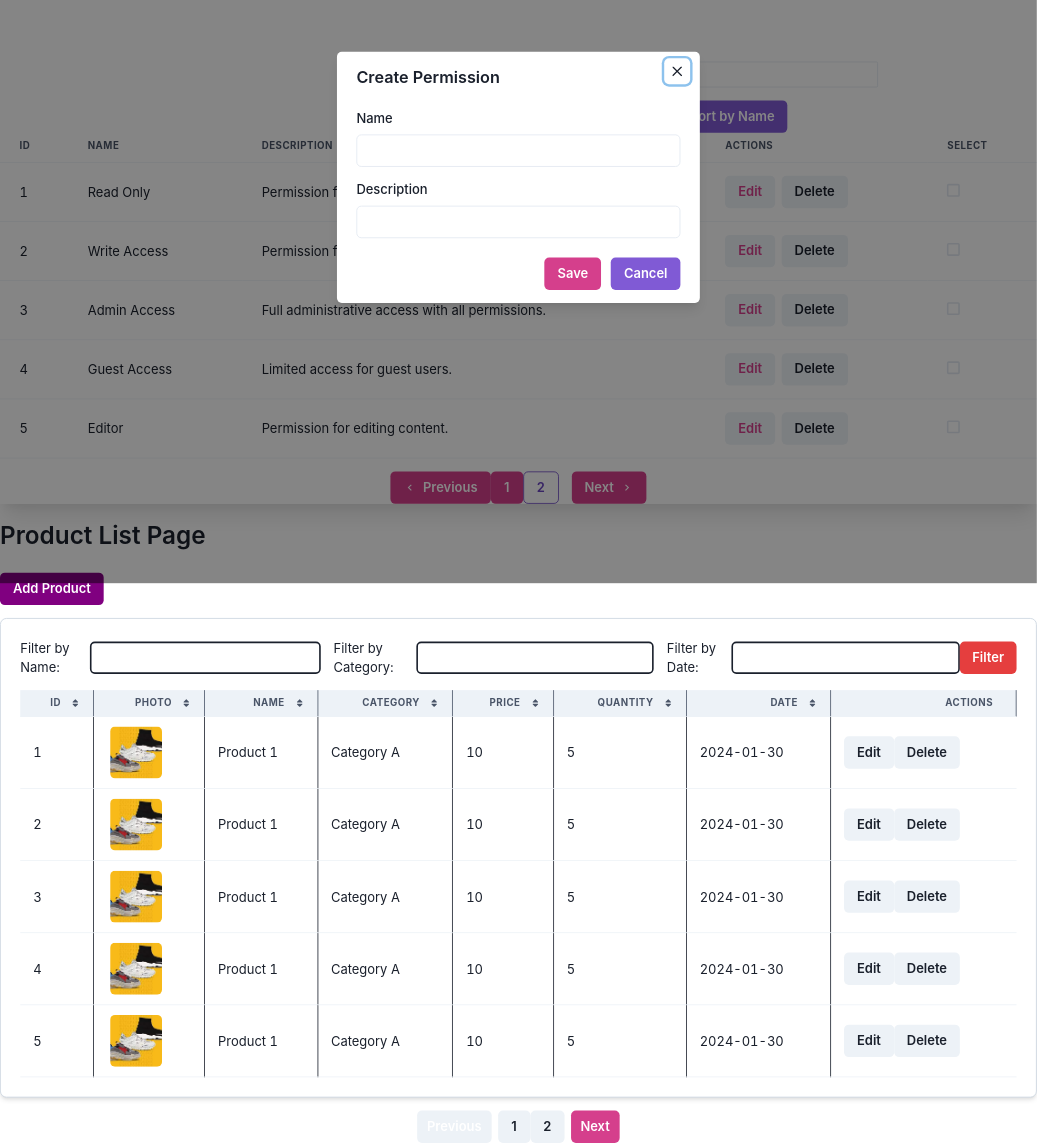
Repository: Andarg01/chakra-dashboard
Page: /, after clicking the first element matching `button.chakra-button`
An editor plug-in stored every save of this project. The page is shown before and after the next save, followed by the edit.
The browser window is 1280 px wide. The pictures show the whole page, at 81% of full size.
The project was rebuilt for these pictures with package versions that can differ from the ones it lists, and the page was loaded fresh each time. Also part of the build but not shown: src/ProductModal.tsx.

Above is the page before, as saved 2024-03-05 10:01:57.

### src/index.tsx
import React from 'react';
import ReactDOM from 'react-dom/client';
import './index.css';
import App from './App';

import { ChakraProvider } from '@chakra-ui/react';


const root = ReactDOM.createRoot(
  document.getElementById('root') as HTMLElement
);
root.render(

  <React.StrictMode>
  <ChakraProvider>
    <App />
    </ChakraProvider>
  </React.StrictMode>

);

### src/App.tsx
import React from 'react'
import PermissionPage from './PermissionPage'
import ProductList from './ProductList'

const App = () => {
  return (
    <div>
      <PermissionPage/>
      <ProductList/>
    </div>
  )
}

export default App

### src/ProductList.tsx
import React, { useState, useEffect } from 'react';
import ProductTable from './ProductTable';
import ProductModal from './ProductModal';
import { FaSort, FaSortUp, FaSortDown } from 'react-icons/fa';
import { Box, Button, Flex, Text } from '@chakra-ui/react';

interface Product {
  id: string;
  name: string;
  category: string;
  price: number;
  quantity: number;
  date: string;
  photo: string;
}

const ProductList: React.FC = () => {
  const [products, setProducts] = useState<Product[]>([
    {
        id: '1',
        name: 'Product 1',
        category: 'Category A',
        price: 10,
        quantity: 5,
        date: '2024-01-30',
        photo: 'data:[embedded picture, 10383 characters]',
      },
      {
        id: '2',
        name: 'Product 1',
        category: 'Category A',
        price: 10,
        quantity: 5,
        date: '2024-01-30',
        photo: 'data:[embedded picture, 10383 characters]',
      },
      {
        id: '3',
        name: 'Product 1',
        category: 'Category A',
        price: 10,
        quantity: 5,
        date: '2024-01-30',
        photo: 'data:[embedded picture, 10383 characters]',
      },
      {
        id: '4',
        name: 'Product 1',
        category: 'Category A',
        price: 10,
        quantity: 5,
        date: '2024-01-30',
        photo: 'data:[embedded picture, 10383 characters]',
      },
      {
        id: '5',
        name: 'Product 1',
        category: 'Category A',
        price: 10,
        quantity: 5,
        date: '2024-01-30',
        photo: 'data:[embedded picture, 10383 characters]',
      },
      {
        id: '6',
        name: 'Product 1',
        category: 'Category A',
        price: 10,
        quantity: 5,
        date: '2024-01-30',
        photo: 'data:[embedded picture, 10383 characters]',
      },
      {
        id: '7',
        name: 'Product 1',
        category: 'Category A',
        price: 10,
        quantity: 5,
        date: '2024-01-30',
        photo: 'data:[embedded picture, 10383 characters]',
      },
      {
        id: '7',
        name: 'Product 1',
        category: 'Category A',
        price: 10,
        quantity: 5,
        date: '2024-01-30',
        photo: 'data:[embedded picture, 10383 characters]',
      },
      {
        id: '8',
        name: 'Product 1',
        category: 'Category A',
        price: 10,
        quantity: 5,
        date: '2024-01-30',
        photo: 'data:[embedded picture, 10383 characters]',
      },
  ]);

  const [deleteConfirmation, setDeleteConfirmation] = useState<string | null>(null);
  const [modalOpen, setModalOpen] = useState(false);
  const [selectedProduct, setSelectedProduct] = useState<Product | null>(null);
  const [sortedProducts, setSortedProducts] = useState<Product[]>(products);
  const [filter, setFilter] = useState({ name: '', category: '', date: '' });
  const [sortConfig, setSortConfig] = useState<{ key: keyof Product; direction: string } | null>(null);
  const [currentPage, setCurrentPage] = useState(1);
  const itemsPerPage = 5;

  useEffect(() => {
    const filtered = products.filter(
      (product) =>
        product.name.toLowerCase().includes(filter.name.toLowerCase()) &&
        product.category.toLowerCase().includes(filter.category.toLowerCase()) &&
        product.date.includes(filter.date)
    );
    setSortedProducts(filtered);
    setCurrentPage(1);
  }, [products, filter]);

  const handlePreviousPage = () => {
    if (currentPage > 1) {
      setCurrentPage(currentPage - 1);
    }
  };

  const handleNextPage = () => {
    const totalPages = Math.ceil(sortedProducts.length / itemsPerPage);
    if (currentPage < totalPages) {
      setCurrentPage(currentPage + 1);
    }
  };

  const handlePageChange = (newPage: number) => {
    setCurrentPage(newPage);
  };

  const handleSort = (field: keyof Product) => {
    let direction = 'asc';

    if (sortConfig && sortConfig.key === field && sortConfig.direction === 'asc') {
      direction = 'desc';
    }

    setSortConfig({ key: field, direction });
    const sorted = [...products].sort((a, b) => {
      if (a[field] > b[field]) return direction === 'asc' ? 1 : -1;
      if (a[field] < b[field]) return direction === 'asc' ? -1 : 1;
      return 0;
    });

    setSortedProducts(sorted);
  };

  const getSortIcon = (field: keyof Product) => {
    if (!sortConfig || sortConfig.key !== field) {
      return <FaSort />;
    }

    return sortConfig.direction === 'asc' ? <FaSortUp /> : <FaSortDown />;
  };

  const handleFilter = () => {
    const filtered = products.filter(
      (product) =>
        product.name.toLowerCase().includes(filter.name.toLowerCase()) &&
        product.category.toLowerCase().includes(filter.category.toLowerCase()) &&
        product.date.includes(filter.date)
    );
    setSortedProducts(filtered);
    setCurrentPage(1);
  };

  const handleDelete = (id: string) => {
    setDeleteConfirmation(id);
  };

  const handleEdit = (editedProduct: Product) => {
    const updatedProducts = products.map((product) =>
      product.id === editedProduct.id ? editedProduct : product
    );
    setProducts(updatedProducts);
  };

  const handleAdd = (newProduct: Product) => {
    const id = (products.length + 1).toString();
    const updatedProducts = [...products, { ...newProduct, id }];
    setProducts(updatedProducts);
  };

  const startIndex = (currentPage - 1) * itemsPerPage;
  const endIndex = startIndex + itemsPerPage;
  const currentItems = sortedProducts.slice(startIndex, endIndex);
  const totalPages = Math.ceil(sortedProducts.length / itemsPerPage);

  return (
    <Box className="container mx-auto p-6 block">
      <Text fontSize="3xl" fontWeight="semibold" mb="6">
        Product List Page
      </Text>

      <Button
        onClick={() => {
          setSelectedProduct({
            id: (products.length + 1).toString(),
            name: '',
            category: '',
            price: 0,
            quantity: 0,
            date: '',
            photo: '',
          });
          setModalOpen(true);
        }}
        bgColor="purple"
        color="white"
        rounded="md"
        px="4"
        py="2"
        mb="4"
        _hover={{ m: '2' }}
      >
        Add Product
      </Button>

      <ProductTable
        products={currentItems}
        onDelete={handleDelete}
        onEdit={handleEdit}
        currentPage={currentPage}
        totalPages={totalPages}
        onPreviousPage={handlePreviousPage}
        onNextPage={handleNextPage}
        onSort={handleSort}
        getSortIcon={getSortIcon}
        onFilter={handleFilter}
      />

      <Flex justify="center" align="center" mt="4">
        <Button
          onClick={handlePreviousPage}
          disabled={currentPage === 1}
          bgColor="indigo.950"
          color="white"
          px="3"
          py="1"
          rounded="md"
          mr="2"
          _hover={{ m: '2' }}
        >
          Previous
        </Button>
        {Array.from({ length: totalPages }, (_, index) => (
          <Button
            key={index}
            onClick={() => handlePageChange(index + 1)}
            className={`px-3 py-2 mx-1 rounded-md ${
              currentPage === index + 1 ? 'bg-gray-500 text-white' : 'bg-gray-200'
            }`}
          >
            {index + 1}
          </Button>
        ))}
        <Button
          onClick={handleNextPage}
          disabled={currentPage === totalPages}
          bgColor="pink.500"
          color="white"
          px="3"
          py="1"
          rounded="md"
          ml="2"
          _hover={{ m: '2' }}
        >
          Next
        </Button>
      </Flex>

      {deleteConfirmation && (
        <Box
          className="fixed top-0 left-0 w-full h-full bg-gray-800 bg-opacity-75 flex items-center justify-center"
        >
          <Box className="bg-white p-6 rounded-md w-96">
            <Text>{`Are you sure you want to delete product with ID: ${deleteConfirmation}?`}</Text>
            <Button
              onClick={() => {
                const updatedProducts = products.filter(
                  (product) => product.id !== deleteConfirmation
                );
                setProducts(updatedProducts);
                setDeleteConfirmation(null);
              }}
              className="yes px-4 py-2 rounded-md mr-2 bg-pink-500 hover:bg-red-700"
            >
              Yes
            </Button>
            <Button
              onClick={() => setDeleteConfirmation(null)}
              className="cancel px-4 py-2 rounded-md hover:bg-gray-400 "
            >
              Cancel
            </Button>
          </Box>
        </Box>
      )}

      {modalOpen && (
        <ProductModal
          product={selectedProduct}
          onClose={() => {
            setModalOpen(false);
            setSelectedProduct(null);
          }}
          onSave={(editedProduct) => {
            if (selectedProduct) {
              handleEdit(editedProduct);
            } else {
              handleAdd(editedProduct);
            }
            setModalOpen(false);
            setSelectedProduct(null);
          }}
        />
      )}
    </Box>
  );
};

export default ProductList;

### src/ProductTable.tsx
import React, { useState, useEffect } from 'react';
import ProductModal from './ProductModal';
import { Table, Thead, Tbody, Tr, Th, Td, Image, Input, Button, Box } from '@chakra-ui/react';

interface Product {
  id: string;
  name: string;
  category: string;
  price: number;
  quantity: number;
  date: string;
  photo: string;
}

interface ProductTableProps {
  products: Product[];
  onDelete: (id: string) => void;
  onEdit: (product: Product) => void;
  currentPage: number;
  totalPages: number;
  onPreviousPage: () => void;
  onNextPage: () => void;
  onSort: (field: keyof Product) => void;
  getSortIcon: (field: keyof Product) => React.ReactNode;
  onFilter: () => void;
}

const ProductTable: React.FC<ProductTableProps> = ({
  products,
  onDelete,
  onEdit,
  currentPage,
  totalPages,
  onPreviousPage,
  onNextPage,
  onSort,
  getSortIcon,
  onFilter,
}) => {
  const [modalOpen, setModalOpen] = useState(false);
  const [selectedProduct, setSelectedProduct] = useState<Product | null>(null);
  const [sortedProducts, setSortedProducts] = useState<Product[]>(products);
  const [filter, setFilter] = useState({ name: '', category: '', date: '' });

  useEffect(() => {
    const filtered = products.filter(
      (product) =>
        product.name.toLowerCase().includes(filter.name.toLowerCase()) &&
        product.category.toLowerCase().includes(filter.category.toLowerCase()) &&
        product.date.includes(filter.date)
    );
    setSortedProducts(filtered);
  }, [products, filter]);

  const handleEdit = (product: Product) => {
    setSelectedProduct(product);
    setModalOpen(true);
  };

  const handleSort = (field: keyof Product) => {
    onSort(field);
  };

  const handleFilter = () => {
    onFilter();
  };

  const renderPageNumbers = () => {
    return Array.from({ length: totalPages }, (_, index) => (
      <Button
        key={index + 1}
        onClick={() => onPreviousPage(index + 1)}
        mx={2}
        px={3}
        py={1}
        rounded="md"
        bgColor={index + 1 === currentPage ? 'purple' : 'purple.200'}
        color={index + 1 === currentPage ? 'white' : 'gray.700'}
        _hover={{
          bgColor: 'red.700',
        }}
      >
        {index + 1}
      </Button>
    ));
  };

  return (
    <Box
      overflowX="auto"
      bg="white"
      border="1px"
      borderColor="gray.300"
      p={6}
      rounded="lg"
      shadow="md"
      transition="duration: 500ms ease-in-out"
    >
      <Box mb={4} display="flex" justifyContent="space-between" alignItems="center">
        <Box display="flex" alignItems="center">
          <label htmlFor="name" className="mr-2">
            Filter by Name:
          </label>
          <Input
            type="text"
            value={filter.name}
            onChange={(e) => setFilter({ ...filter, name: e.target.value })}
            border="2px"
            p={2}
            rounded="md"
          />
        </Box>
        <Box display="flex" alignItems="center" ml={4}>
          <label htmlFor="category" className="mr-2">
            Filter by Category:
          </label>
          <Input
            type="text"
            value={filter.category}
            onChange={(e) => setFilter({ ...filter, category: e.target.value })}
            border="2px"
            p={2}
            rounded="md"
          />
        </Box>
        <Box display="flex" alignItems="center" ml={4}>
          <label htmlFor="date" className="mr-2">
            Filter by Date:
          </label>
          <Input
            type="text"
            value={filter.date}
            onChange={(e) => setFilter({ ...filter, date: e.target.value })}
            border="2px"
            p={2}
            rounded="md"
          />
        </Box>
        <Button onClick={handleFilter} className="filter px-4 py-2 ml-4 rounded-md hover:m-2 border hover:bg-red-700" colorScheme="red">
          Filter
        </Button>
      </Box>

      <Table variant="simple" className="min-w-full border-b border-gray-300">
        <Thead bg="gray.100">
          <Tr>
            {['id', 'Photo', 'Name', 'Category', 'Price', 'Quantity', 'Date', 'Actions'].map((column) => (
              <Th
                key={column}
                onClick={() => (column !== 'Actions' ? handleSort(column.toLowerCase() as keyof Product) : null)}
                py={2}
                px={4}
                borderRight="1px"
                cursor="pointer"
              >
                <Box display="flex" alignItems="center" justifyContent="flex-end">
                  <Box
                    onClick={() => (column !== 'Actions' ? handleSort(column.toLowerCase() as keyof Product) : null)}
                    mr={3}
                    cursor="pointer"
                  >
                    {column}
                  </Box>
                  {column !== 'Actions' && getSortIcon(column.toLowerCase() as keyof Product)}
                </Box>
              </Th>
            ))}
          </Tr>
        </Thead>
        <Tbody>
          {sortedProducts.map((product) => (
            <Tr key={product.id} borderBottom="1px">
              <Td py={2} px={4} borderRight="1px">
                {product.id}
              </Td>
              <Td py={2} px={4} borderRight="1px">
                <Image src={product.photo} alt={`Product ${product.name}`} w={16} h={16} rounded="md" m={1} />
              </Td>
              <Td py={2} px={4} borderRight="1px">
                {product.name}
              </Td>
              <Td py={2} px={4} borderRight="1px">
                {product.category}
              </Td>
              <Td py={2} px={4} borderRight="1px">
                {product.price}
              </Td>
              <Td py={2} px={4} borderRight="1px">
                {product.quantity}
              </Td>
              <Td py={2} px={4} borderRight="1px">
                {product.date}
              </Td>
              <Td py={2} px={4}>
                <Button onClick={() => handleEdit(product)} className="edit hover:underline mr-2 hover:text-gray-700">
                  Edit
                </Button>
                <Button onClick={() => onDelete(product.id)} className="delete hover:underline hover:text-red-700">
                  Delete
                </Button>
              </Td>
            </Tr>
          ))}
        </Tbody>
      </Table>

      {modalOpen && (
        <ProductModal
          product={selectedProduct}
          onClose={() => {
            setModalOpen(false);
            setSelectedProduct(null);
          }}
          onSave={(editedProduct) => {
            onEdit(editedProduct);
            setModalOpen(false);
            setSelectedProduct(null);
          }}
        />
      )}
    </Box>
  );
};

export default ProductTable;

Loaded but not shown: public/index.html (common file); src/index.css (common file); src/PermissionPage.tsx (292 lines, source omitted)

After the next save:
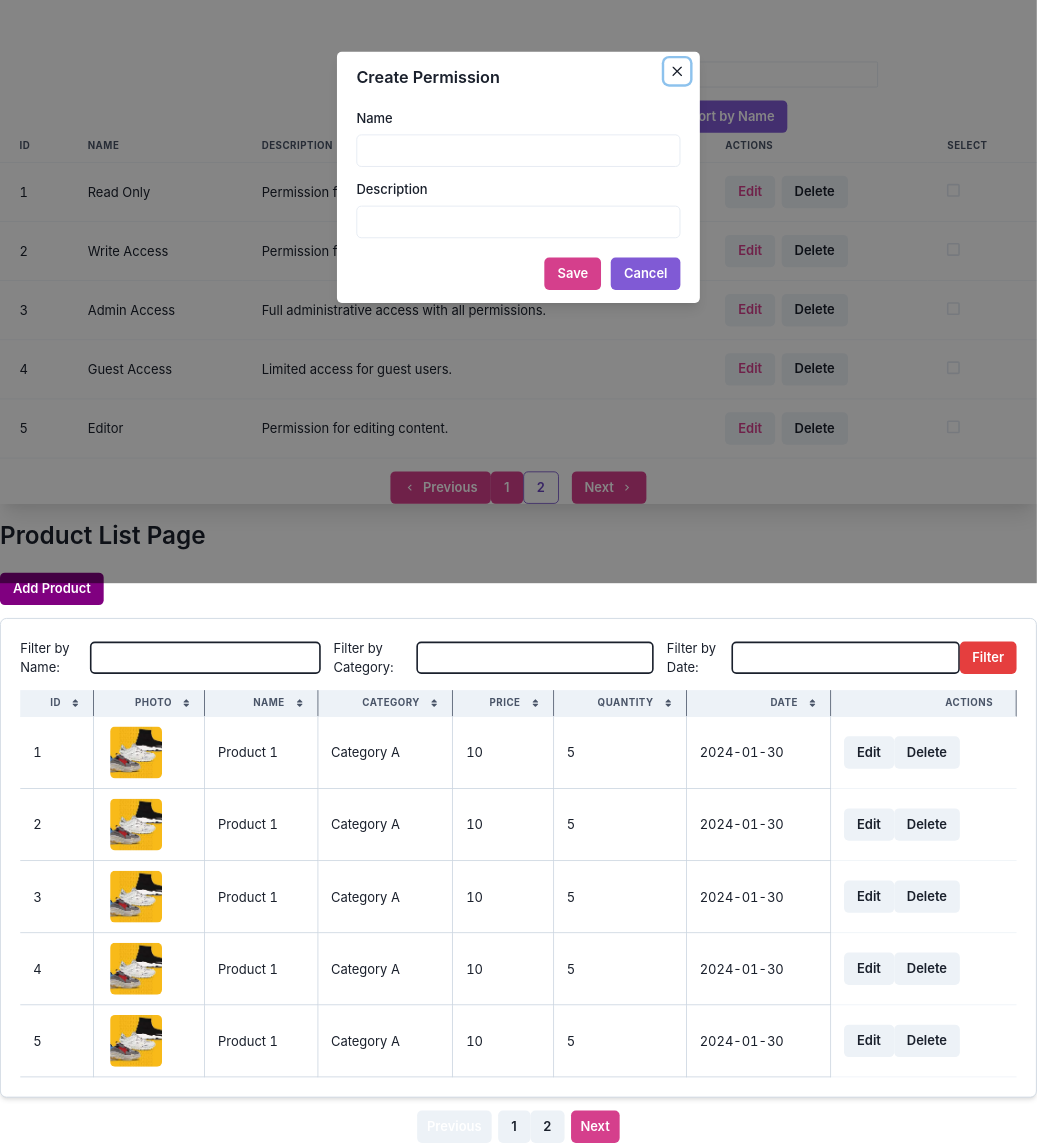
Saved 36 min 39 s later.
--- a/src/ProductTable.tsx
+++ b/src/ProductTable.tsx
@@ -170,28 +170,28 @@ const ProductTable: React.FC<ProductTableProps> = ({
         <Tbody>
           {sortedProducts.map((product) => (
             <Tr key={product.id} borderBottom="1px">
-              <Td py={2} px={4} borderRight="1px">
+              <Td py={2} px={4} borderRight="1px" borderColor="gray.300" fontWeight="normal">
                 {product.id}
               </Td>
-              <Td py={2} px={4} borderRight="1px">
+              <Td py={2} px={4} borderRight="1px" borderColor="gray.300" fontWeight="normal">
                 <Image src={product.photo} alt={`Product ${product.name}`} w={16} h={16} rounded="md" m={1} />
               </Td>
-              <Td py={2} px={4} borderRight="1px">
+              <Td py={2} px={4} borderRight="1px" borderColor="gray.300" fontWeight="normal">
                 {product.name}
               </Td>
-              <Td py={2} px={4} borderRight="1px">
+              <Td py={2} px={4} borderRight="1px" borderColor="gray.300" fontWeight="normal">
                 {product.category}
               </Td>
-              <Td py={2} px={4} borderRight="1px">
+              <Td py={2} px={4} borderRight="1px" borderColor="gray.300" fontWeight="normal">
                 {product.price}
               </Td>
-              <Td py={2} px={4} borderRight="1px">
+              <Td py={2} px={4} borderRight="1px" borderColor="gray.300" fontWeight="normal">
                 {product.quantity}
               </Td>
-              <Td py={2} px={4} borderRight="1px">
+              <Td py={2} px={4} borderRight="1px" borderColor="gray.300" fontWeight="normal">
                 {product.date}
               </Td>
-              <Td py={2} px={4}>
+              <Td py={2} px={4} fontWeight="normal">
                 <Button onClick={() => handleEdit(product)} className="edit hover:underline mr-2 hover:text-gray-700">
                   Edit
                 </Button>
